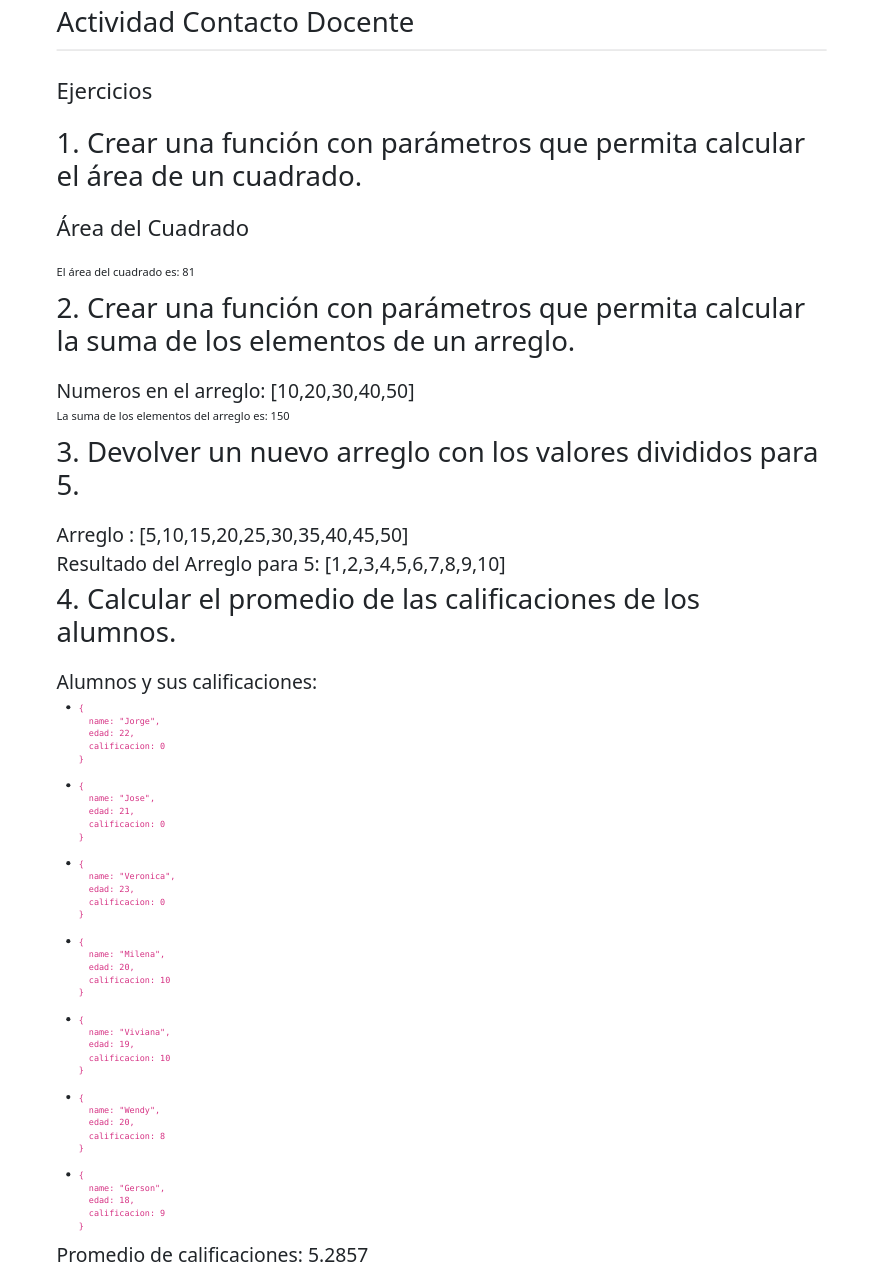
Repository: Jchimbo99/Actvidad1
Page: / (app in typescript-actividad/)
The author's editor kept a copy of each file at every save. The page is drawn from the files as they stood at one save, then again after a run of saves.
The browser window is 1280 px wide. The pictures show the whole page, at 69% of full size.
The project was rebuilt for these pictures with package versions that can differ from the ones it lists, and the page was loaded fresh each time. Also part of the build but not shown: typescript-actividad/vite.config.ts.

Above is the page before, as saved 2025-01-23 20:13:57.

### typescript-actividad/index.html
<!doctype html>
<html lang="en">
  <head>
    <meta charset="UTF-8" />
    <link rel="icon" type="image/svg+xml" href="/vite.svg" />
    <meta name="viewport" content="width=device-width, initial-scale=1.0" />
    <link href="https://cdn.jsdelivr.net/npm/bootstrap@5.3.3/dist/css/bootstrap.min.css" rel="stylesheet" integrity="sha384-QWTKZyjpPEjISv5WaRU9OFeRpok6YctnYmDr5pNlyT2bRjXh0JMhjY6hW+ALEwIH" crossorigin="anonymous">

    <title>Activididad Jch</title>
  </head>
  <body class="container">
    <div id="root"></div>
    <script type="module" src="/src/main.tsx"></script>
  </body>
</html>

### typescript-actividad/src/App.tsx
import { AreaCuadrado } from "./typescript/AreaCuadrado";
import { SumaArreglo } from "./typescript/Arreglo";
import { ArreglosDivision } from "./typescript/ArreglosDivision";
import { PromedioCalificaciones } from "./typescript/PromedioCalificaciones";

export const App = () => {
  return (

    <div className="mt-2">
      <h1>Actividad Contacto Docente</h1>
      <hr />
      <br />
      <h2>Ejercicios</h2>
      <br />

      <AreaCuadrado/>

      <SumaArreglo/>
      <ArreglosDivision/>
      <PromedioCalificaciones/>
      </div>
  )
}


export default App;

### typescript-actividad/src/typescript/AreaCuadrado.tsx
export const AreaCuadrado = () => {
    const lado = 9;
    const area = lado * lado;

    return (
        <div>

            <h1>1.	Crear una función con parámetros que permita calcular el área de un cuadrado.</h1>
            <br />
            <h2>Área del Cuadrado</h2>
            <br />
            <p>El área del cuadrado es: {area}</p>

        </div>
    );
}

### typescript-actividad/src/typescript/Arreglo.tsx
export const SumaArreglo = () => {

    const numeros = [10, 20, 30, 40, 50];

    const calcularSuma = (numeros: number[]): number => {
        return numeros.reduce((total, numero) => total + numero, 0);
    }

    const totalSuma = calcularSuma(numeros);

    return (
        <div>
            <h1>2. Crear una función con parámetros que permita calcular la suma de los elementos de un arreglo.</h1>
            <br />
            <h3>Numeros en el arreglo: {JSON.stringify(numeros)}</h3>
            <p>La suma de los elementos del arreglo es: {totalSuma}</p>
        </div>
    );
}

### typescript-actividad/src/typescript/ArreglosDivision.tsx
export const ArreglosDivision = () => {
    const arreglo = [5, 10, 15, 20, 25, 30, 35, 40, 45, 50];

    const arregloDividido = arreglo.map((valor) => valor / 5);

    return (
        <div>
            <h1>3. Devolver un nuevo arreglo con los valores divididos para 5.</h1>
            <br />
            <h3>Arreglo : {JSON.stringify(arreglo)}</h3>
            <h3>Resultado del Arreglo para  5: {JSON.stringify(arregloDividido)}</h3>
        </div>
    );
}

### typescript-actividad/src/typescript/PromedioCalificaciones.tsx
interface Alumnos {
    name: string;
    edad: number;
    calificacion: number;
}

export const PromedioCalificaciones = () => {
    const alumnos: Alumnos[] = [
        {
            name: "Jorge",
            edad: 22,
            calificacion: 0,
        },
        {
            name: "Jose",
            edad: 21,
            calificacion: 0,
        },
        {
            name: "Veronica",
            edad: 23,
            calificacion: 0,
        },
        {
            name: "Milena",
            edad: 20,
            calificacion: 10,
        },
        {
            name: "Viviana",
            edad: 19,
            calificacion: 10,
        },
        {
            name: "Wendy",
            edad: 20,
            calificacion: 8,
        },
        {
            name: "Gerson",
            edad: 18,
            calificacion: 9,
        },
    ];

    // Función para calcular el promedio de las calificaciones
    const calcularPromedio = (alumnos: Alumnos[]): number => {
        const sumaCalificaciones = alumnos.reduce((total, alumno) => total + alumno.calificacion, 0);
        return sumaCalificaciones / alumnos.length;
    };

    const promedio = calcularPromedio(alumnos);

    return (
        <div>
            <h1>4. Calcular el promedio de las calificaciones de los alumnos.</h1>
            <br />
            <h3>Alumnos y sus calificaciones:</h3>
            <ul>
                {alumnos.map((alumno) => (
                    <li key={alumno.name}>
                        <code>
                            <pre>{`{\n  name: "${alumno.name}",\n  edad: ${alumno.edad},\n  calificacion: ${alumno.calificacion}\n}`}</pre>
                        </code>
                    </li>
                ))}
            </ul>
            <h3>Promedio de calificaciones: {Number(promedio.toFixed(4))}</h3>

        </div>
    );
};

### typescript-actividad/src/components/ContadorCustomHook.tsx
import { useCounter } from "../hooks/useCounter";

export const ContadorCustomHook = () => {

    //lamar custohok

    const {valor, contador}=useCounter(50);


return (
    <div>
    <h3>Contador Custom Hook: <small>{valor}</small>
    </h3>
    <button
        className="btn btn-primary"
        onClick={() => contador(1)}>+1
    </button>
    &nbsp;

    <button
        className="btn btn-primary"
        onClick={() => contador(-1)}>-1
    </button>
    &nbsp;
    </div>
);
};

### typescript-actividad/src/hooks/useCounter.tsx
import { useState } from "react";

export const useCounter = (inicial: number = 10) => {


    const [valor, setValor] = useState<number>(inicial);


    const contador = (numero: number): void => {
        setValor(valor + numero);
    }
return{
    valor,
    contador
}

}

Loaded but not shown: typescript-actividad/src/main.tsx (common file)

After the next 2 saves:
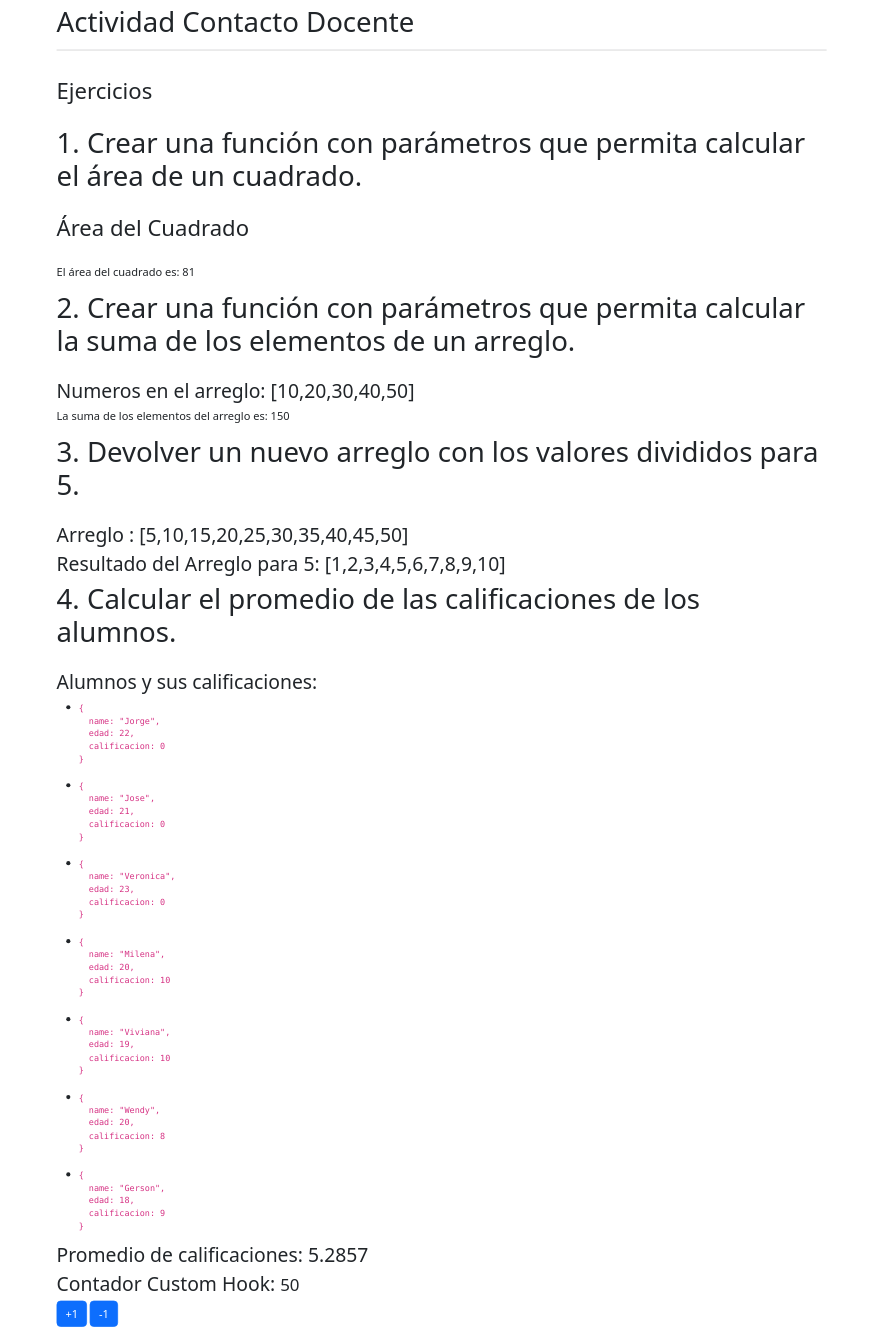
The 2 saves are shown as one change because 1 did not build or start.
The last was saved 38 s later.
--- a/typescript-actividad/src/App.tsx
+++ b/typescript-actividad/src/App.tsx
@@ -1,3 +1,4 @@
+import { ContadorCustomHook } from "./components/ContadorCustomHook";
 import { AreaCuadrado } from "./typescript/AreaCuadrado";
 import { SumaArreglo } from "./typescript/Arreglo";
 import { ArreglosDivision } from "./typescript/ArreglosDivision";
@@ -18,6 +19,7 @@ export const App = () => {
       <SumaArreglo/>
       <ArreglosDivision/>
       <PromedioCalificaciones/>
+      <ContadorCustomHook/>
       </div>
   )
 }
